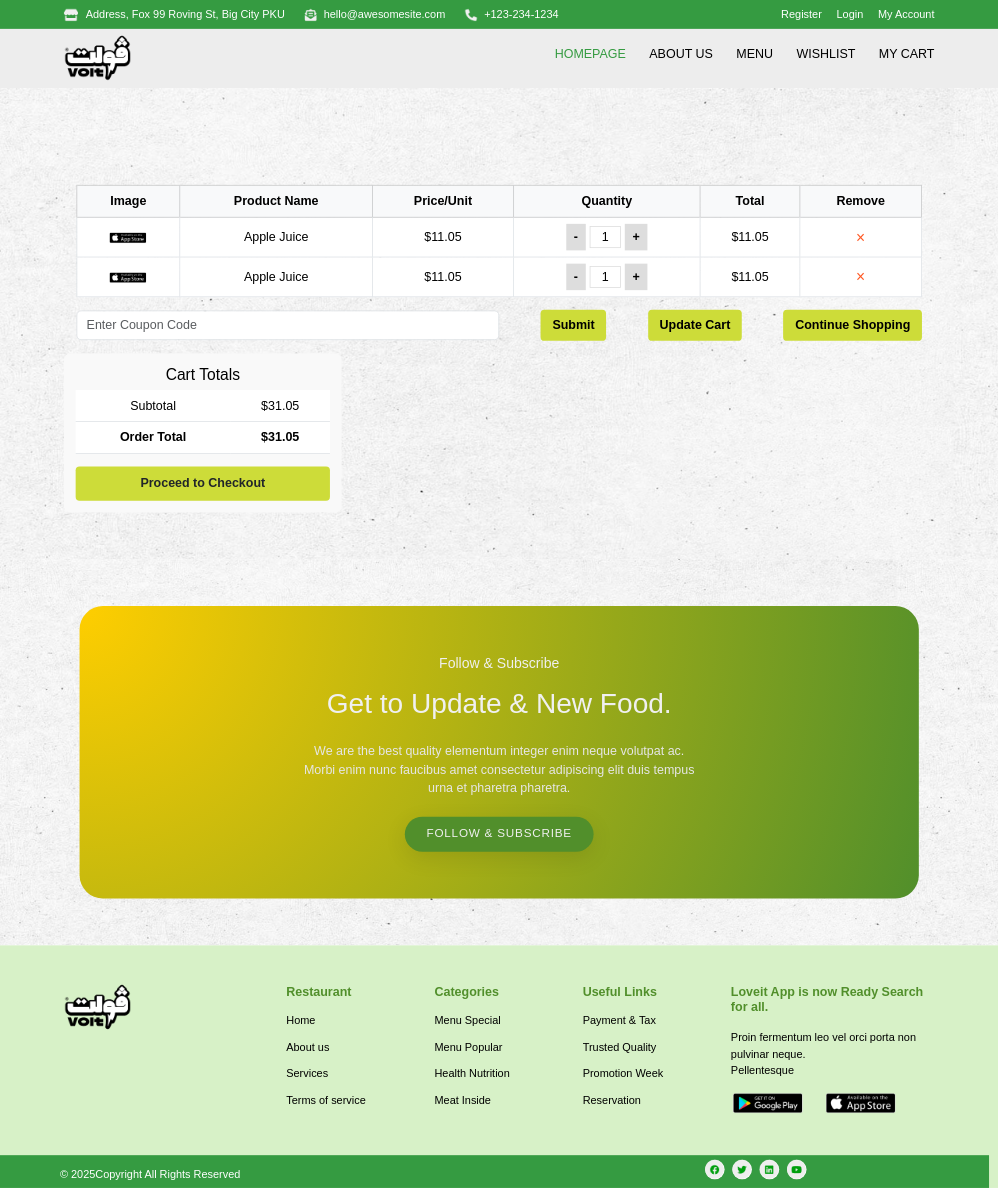
Repository: junivig/volt-new-project
Page: checkout.html
These files come from the project's save history. The page is drawn as it stood at one moment and after the next save; the edit follows.
The browser window is 1280 px wide. The pictures show the whole page, at 78% of full size.

Above is the page before, as saved 2025-01-31 18:00:08.

After the next save:
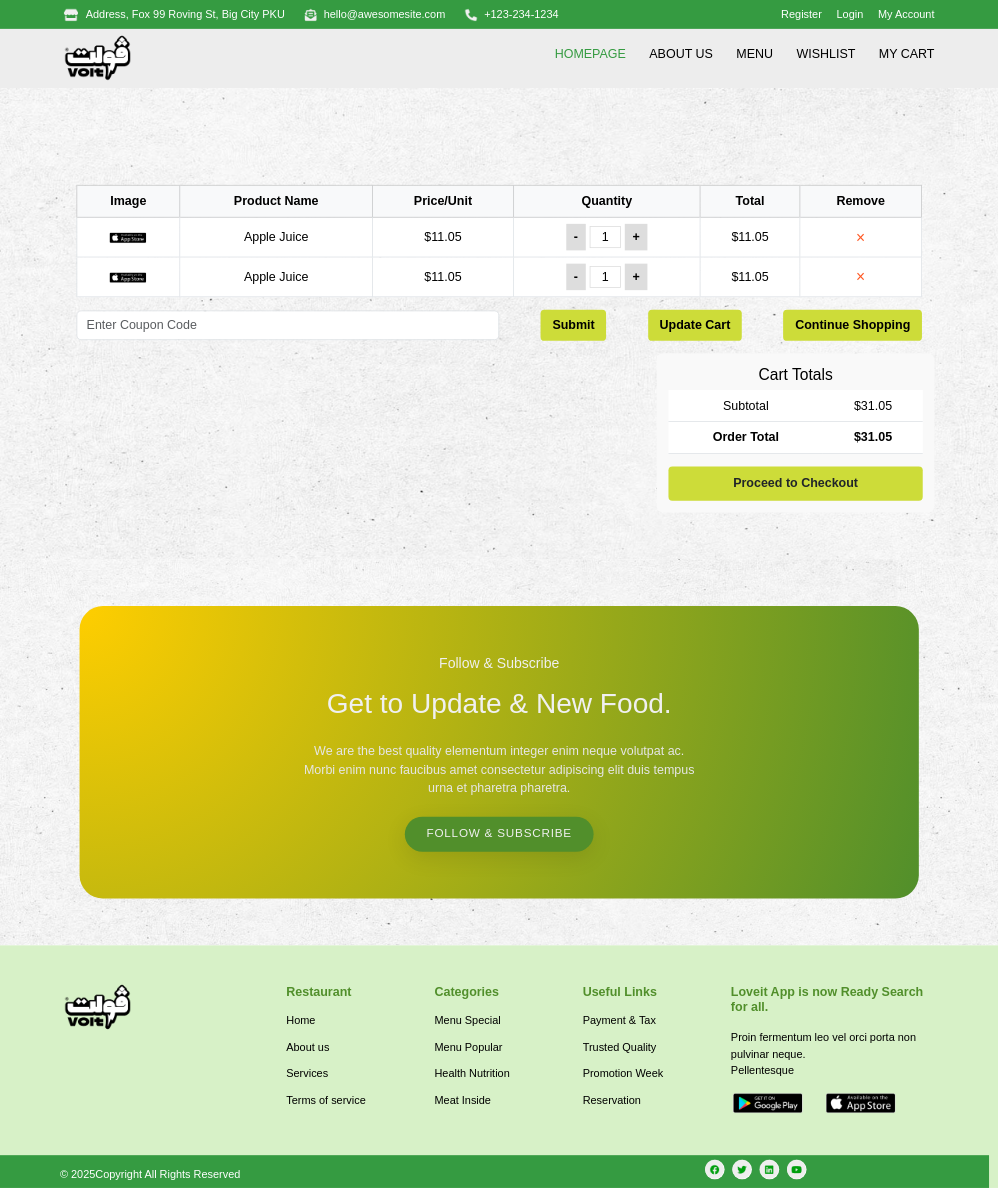
Saved 32 s later.
--- a/checkout.html
+++ b/checkout.html
@@ -175,6 +175,7 @@
                 </div>
                 <div class="row">
                     <!-- Cart Totals Section -->
+                     <div class="col-lg-8"></div>
                     <div class="col-lg-4 text-end">
                         <div class="cart-summary">
                             <h5>Cart Totals</h5>
